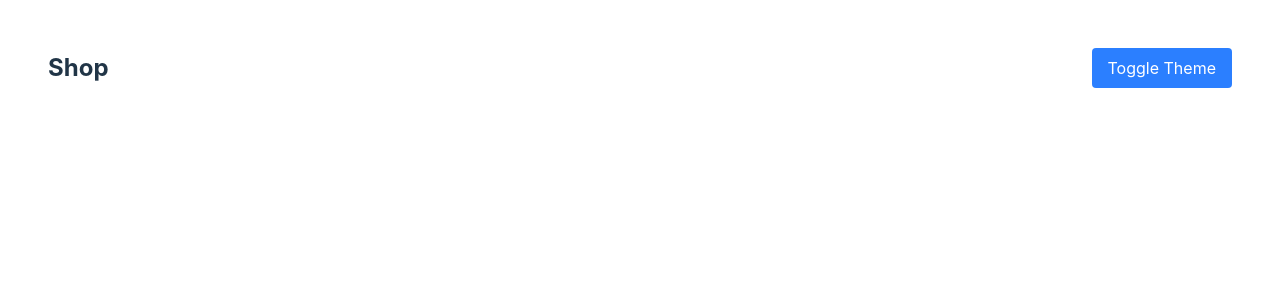
Repository: mohamed-omar-mubark/shopping-cart-vue
Page: /
The author's editor kept a copy of each file at every save. The page is drawn from the files as they stood at one save, then again after the next save.
The browser window is 1280 px wide. The pictures show the whole page.
The project was rebuilt for these pictures with package versions that can differ from the ones it lists, and the page was loaded fresh each time. Also part of the build but not shown: vite.config.js.

Above is the page before, as saved 2025-01-25 10:42:13.

### index.html
<!DOCTYPE html>
<html lang="en">
  <head>
    <meta charset="UTF-8" />
    <link rel="icon" type="image/svg+xml" href="/vite.svg" />
    <meta name="viewport" content="width=device-width, initial-scale=1.0" />
    <script src="https://unpkg.com/@tailwindcss/browser@4"></script>
    <title>e-commerce</title>
  </head>
  <body>
    <div id="app"></div>
    <script type="module" src="/src/main.js"></script>
  </body>
</html>

### src/style.css
:root {
  font-family: Inter, system-ui, Avenir, Helvetica, Arial, sans-serif;
  line-height: 1.5;
  font-weight: 400;

  font-synthesis: none;
  text-rendering: optimizeLegibility;
  -webkit-font-smoothing: antialiased;
  -moz-osx-font-smoothing: grayscale;
}

#app {
  min-height: 100vh;
}

body {
  padding: 0;
  margin: 0;
}

.container {
  max-width: 1280px;
  margin: 0 auto;
  padding: 2rem;
}

/* Light theme */
.light-theme {
  color: #213547;
  background-color: #ffffff;
}

/* Dark theme */
.dark-theme {
  color: rgba(255, 255, 255, 0.87);
  background-color: #242424;
}

### src/App.vue
<template>
  <div :class="theme" class="h-screen">
    <div class="container">
      <Header />
    </div>
  </div>
</template>

<script setup>
  import Header from "./components/Header.vue";
  import { ref } from "vue";

  const theme = ref("light-theme");

  const toggleTheme = () => {
    theme.value = theme.value === "light-theme" ? "dark-theme" : "light-theme";
  };
</script>

### src/components/Header.vue
<template>
  <div class="flex justify-between items-center p-4">
    <h1 class="text-2xl font-bold">Shop</h1>
    <button
      class="px-4 py-2 bg-blue-500 text-white rounded"
      @click="toggleTheme">
      Toggle Theme
    </button>
  </div>
</template>

<script setup></script>

Loaded but not shown: src/main.js (common file)

After the next save:
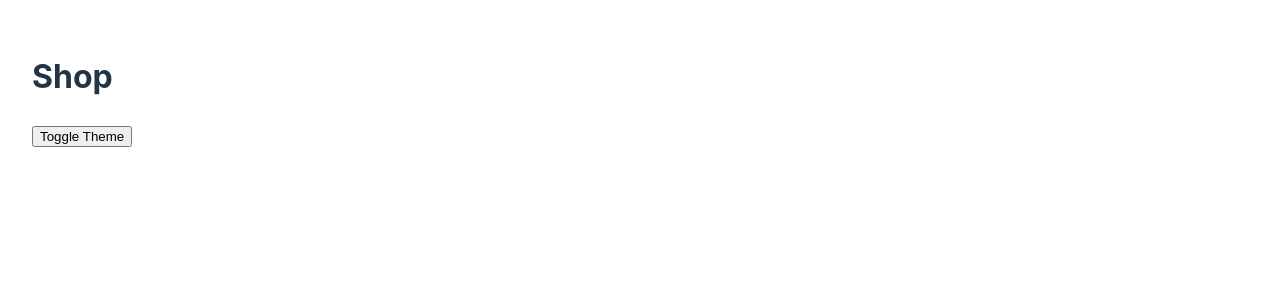
Saved 61 s later.
--- a/index.html
+++ b/index.html
@@ -4,7 +4,6 @@
     <meta charset="UTF-8" />
     <link rel="icon" type="image/svg+xml" href="/vite.svg" />
     <meta name="viewport" content="width=device-width, initial-scale=1.0" />
-    <script src="https://unpkg.com/@tailwindcss/browser@4"></script>
     <title>e-commerce</title>
   </head>
   <body>
